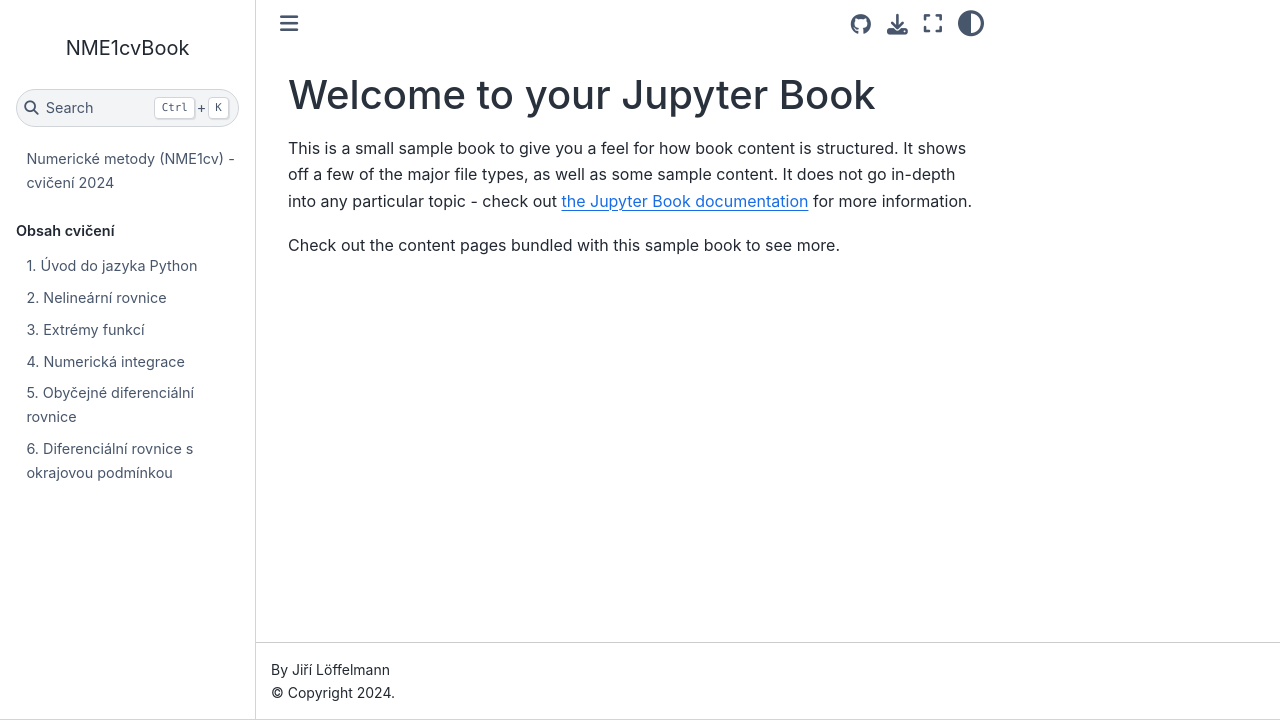
Repository: loepa01/NME1cvBook
Page: intro.html
An editor plug-in stored every save of this project. The page is shown before and after the next save, followed by the edit.
The browser window is 1280 px wide. The pictures show the whole page.

Above is the page before, as saved 2024-04-08 16:21:36.
Console error: SyntaxError: Identifier 'THEBE_JS_URL' has already been declared

After the next save:
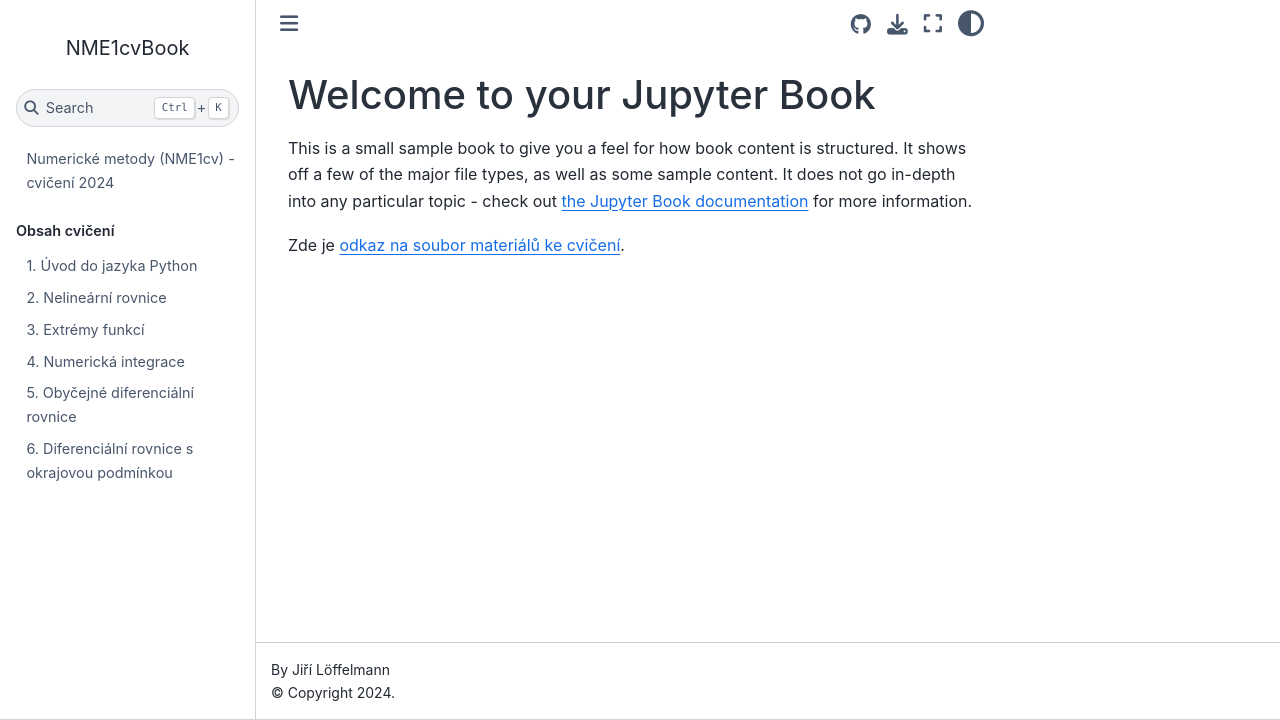
Saved 52 s later.
--- a/intro.html
+++ b/intro.html
@@ -57,7 +57,7 @@
     <script async="async" src="../_static/sphinx-thebe.js?v=c100c467"></script>
     <script>var togglebuttonSelector = '.toggle, .admonition.dropdown';</script>
     <script>const THEBE_JS_URL = "https://unpkg.com/thebe@0.8.2/lib/index.js"; const thebe_selector = ".thebe,.cell"; const thebe_selector_input = "pre"; const thebe_selector_output = ".output, .cell_output"</script>
-    <script>DOCUMENTATION_OPTIONS.pagename = '.history/intro_20240408162136';</script>
+    <script>DOCUMENTATION_OPTIONS.pagename = '.history/intro_20240408162228';</script>
     <link rel="icon" href="../_static/cphys.png"/>
     <link rel="index" title="Index" href="../genindex.html" />
     <link rel="search" title="Search" href="../search.html" />
@@ -250,7 +250,7 @@
 
 
 
-      <li><a href="https://github.com/loepa01/NME1cvBook/issues/new?title=Issue%20on%20page%20%2F.history/intro_20240408162136.html&body=Your%20issue%20content%20here." target="_blank"
+      <li><a href="https://github.com/loepa01/NME1cvBook/issues/new?title=Issue%20on%20page%20%2F.history/intro_20240408162228.html&body=Your%20issue%20content%20here." target="_blank"
    class="btn btn-sm btn-source-issues-button dropdown-item"
    title="Open an issue"
    data-bs-placement="left" data-bs-toggle="tooltip"
@@ -280,7 +280,7 @@
 
 
 
-      <li><a href="../_sources/.history/intro_20240408162136.md" target="_blank"
+      <li><a href="../_sources/.history/intro_20240408162228.md" target="_blank"
    class="btn btn-sm btn-download-source-button dropdown-item"
    title="Download source file"
    data-bs-placement="left" data-bs-toggle="tooltip"
@@ -382,7 +382,7 @@ document.write(`
 structured.
 It shows off a few of the major file types, as well as some sample content.
 It does not go in-depth into any particular topic - check out <a class="reference external" href="https://jupyterbook.org">the Jupyter Book documentation</a> for more information.</p>
-<p>Check out the content pages bundled with this sample book to see more.</p>
+<p>Zde je <a class="reference internal" href="#intro.md"><span class="xref myst">odkaz na soubor materiálů ke cvičení</span></a>.</p>
 </section>
 
     <script type="text/x-thebe-config">
